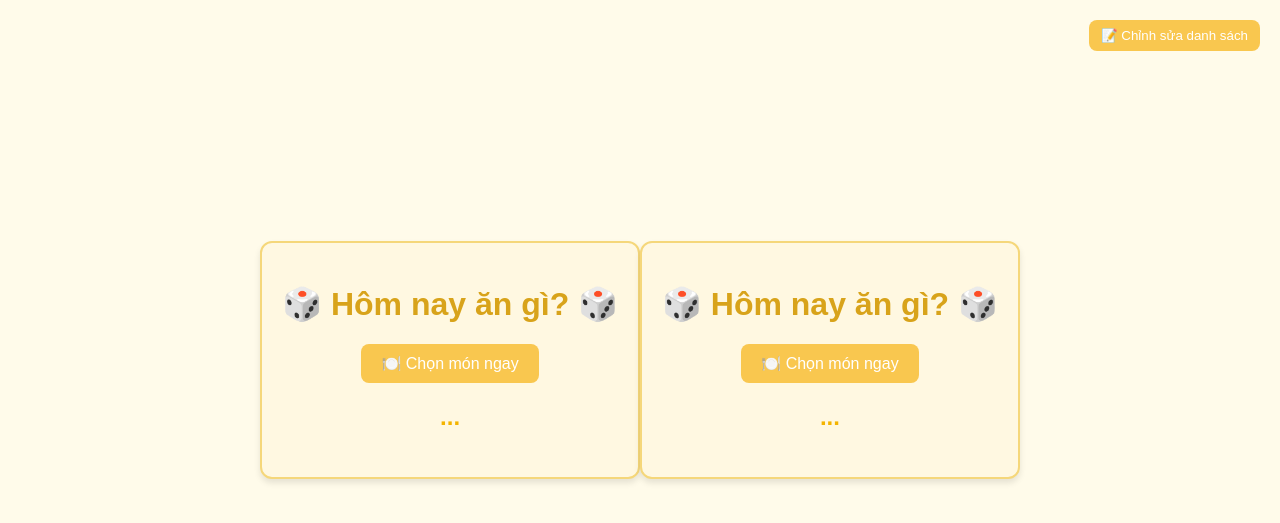
Repository: NT912/What-s-food-today-
Page: index.html
These files come from the project's save history. The page is drawn as it stood at one moment and after the next save; the edit follows.
The browser window is 1280 px wide. The pictures show the whole page.

Above is the page before, as saved 2024-12-17 20:49:47.
Console error: ReferenceError: renderList is not defined

### index.html
<!DOCTYPE html>
<html lang="vi">

<head>
  <meta charset="UTF-8">
  <meta name="viewport" content="width=device-width, initial-scale=1.0">
  <title>Random Món Ăn</title>
  <link rel="stylesheet" href="style.css">
</head>

<body>
  <!-- Random Section -->
  <div class="container">
    <h1>🎲 Hôm nay ăn gì? 🎲</h1>
    <button id="randomBtn" onclick="startRandom()">🍽️ Chọn món ngay</button>
    <p id="randomFood">...</p>
  </div>

  <!-- Edit Button -->
  <button class="edit-btn" onclick="openPopup()">📝 Chỉnh sửa danh sách</button>

  <!-- Random Section -->
  <div class="container">
    <h1>🎲 Hôm nay ăn gì? 🎲</h1>
    <button id="randomBtn" onclick="startRandom()">🍽️ Chọn món ngay</button>
    <p id="randomFood">...</p>
  </div>

  <!-- Popup chúc mừng kết quả -->
  <div id="resultPopup">
    <div class="result-content" id="resultPopupContent">
      <!-- Nội dung kết quả -->
    </div>
  </div>


  <script src="script.js"></script>
</body>

</html>

### style.css
/* General Styles */
body {
  font-family: "Arial", sans-serif;
  margin: 0;
  background-color: #fffbea; /* Nền vàng nhẹ */
  color: #333;
  display: flex;
  justify-content: center;
  align-items: center;
  height: 100vh;
  overflow: hidden;
}

h1 {
  color: #d8a31a; /* Màu vàng đậm hơn */
}

.container {
  text-align: center;
  background: #fff8e1; /* Vàng nhẹ */
  border: 2px solid #f5d77a;
  padding: 20px;
  border-radius: 12px;
  box-shadow: 0 4px 6px rgba(0, 0, 0, 0.1);
}

#randomBtn {
  background: #f9c74f; /* Màu vàng cho nút */
  color: #fff;
  border: none;
  padding: 10px 20px;
  font-size: 16px;
  border-radius: 8px;
  cursor: pointer;
  transition: transform 0.2s, background 0.3s;
}

#randomBtn:hover {
  transform: scale(1.1);
  background: #f4b400;
}

#randomFood {
  margin-top: 20px;
  font-size: 24px;
  color: #f4b400; /* Màu vàng cho kết quả */
  font-weight: bold;
  height: 30px;
}

.edit-btn {
  position: absolute;
  top: 20px;
  right: 20px;
  background: #f9c74f;
  color: white;
  padding: 8px 12px;
  border: none;
  border-radius: 8px;
  cursor: pointer;
}

.edit-btn:hover {
  background: #f4b400;
}

/* Popup Modal */
.popup {
  display: none;
  position: fixed;
  top: 0;
  left: 0;
  width: 100%;
  height: 100%;
  background-color: rgba(255, 233, 153, 0.7); /* Vàng mờ nhẹ */
  justify-content: center;
  align-items: center;
  z-index: 1000;
}

.popup-content {
  background: #fff8e1; /* Màu vàng nhẹ */
  padding: 20px;
  border-radius: 12px;
  width: 400px;
  max-height: 80%;
  overflow-y: auto;
  position: relative;
  border: 2px solid #f5d77a;
}

.popup-content h2 {
  color: #d8a31a; /* Vàng đậm hơn */
}

.close-btn {
  position: absolute;
  top: 10px;
  right: 10px;
  cursor: pointer;
  font-size: 20px;
  color: #f4b400;
}

ul {
  list-style: none;
  padding: 0;
}

li {
  background: #fff5cc; /* Màu vàng nhạt cho danh sách */
  margin: 5px 0;
  padding: 8px;
  display: flex;
  justify-content: space-between;
  border-radius: 8px;
  border: 1px solid #f5d77a;
}

/* Popup chúc mừng */
#resultPopup {
  display: none;
  position: fixed;
  top: 0;
  left: 0;
  width: 100%;
  height: 100%;
  background-color: rgba(0, 0, 0, 0.5);
  justify-content: center;
  align-items: center;
  z-index: 1000;
}

#resultPopup .result-content {
  background: #fff8e1;
  padding: 30px;
  border-radius: 12px;
  text-align: center;
  box-shadow: 0 8px 16px rgba(0, 0, 0, 0.3);
  animation: popupEffect 0.5s ease-out;
  font-size: 24px;
  color: #f4b400;
}

@keyframes popupEffect {
  from {
    transform: scale(0.7);
    opacity: 0;
  }
  to {
    transform: scale(1);
    opacity: 1;
  }
}

### script.js
let foodList = [
  "Mì quảng tôm thịt",
  "Bánh cuốn",
  "Bún nước KonTum",
  "Cút lộn xào me",
  "Ốc đinh",
  "Mì cay",
  "Bún bò",
  "Chè",
  "Bánh mì chảo",
  "Mì trộn",
  "Xôi",
  "Mì quảng ếch",
  "Bún ram chay",
  "Bún thịt nướng",
  "Cá viên chiên mắm",
  "Cơm gà chiên mắm",
  "Bún chả",
  "Bún đậu mắm tôm",
  "Bún riêu",
  "Bánh mì ổ",
  "Cơm chiên",
  "Miến trộn",
  "Phở",
  "Bánh tráng kẹp",
  "Bánh canh",
  "Bún cá chấm",
  "Bánh đúc nóng",
  "Phở khô gia lai",
  "Bánh tráng kẹp",
  "Nem chua rán",
  "Ram cuốn cải",
  "Bánh bèo",
  "Bánh lọc",
  "Bánh căn",
  "Kem bơ",
];

function startRandom() {
  const result = document.getElementById("randomFood");
  let index = 0;

  // Thêm hiệu ứng nhấp nháy trong 2 giây
  const interval = setInterval(() => {
    index = Math.floor(Math.random() * foodList.length);
    result.textContent = foodList[index];
    result.style.color = getRandomColor();
  }, 100);

  // Kết thúc hiệu ứng và hiển thị kết quả
  setTimeout(() => {
    clearInterval(interval);
    result.textContent = `🍽️ ${foodList[index]}!`;
    result.style.color = "#f4b400";

    // Hiển thị popup chúc mừng
    showResultPopup(foodList[index]);
  }, 2000);
}

function showResultPopup(food) {
  const popup = document.getElementById("resultPopup");
  const popupContent = document.getElementById("resultPopupContent");

  popupContent.innerHTML = `
        🎉 Chúc mừng! Món ăn hôm nay là: <br>
        <strong>${food}</strong> 🎉
    `;

  popup.style.display = "flex";

  // Đóng popup khi click ra ngoài
  window.onclick = function (event) {
    if (event.target === popup) {
      closeResultPopup();
    }
  };
}

function closeResultPopup() {
  document.getElementById("resultPopup").style.display = "none";
  window.onclick = null; // Xóa sự kiện click
}

function getRandomColor() {
  const colors = [
    "#f4b400",
    "#f9844a",
    "#ffcd56",
    "#ffafcc",
    "#bde0fe",
    "#ffc8dd",
  ];
  return colors[Math.floor(Math.random() * colors.length)];
}

window.onload = () => {
  renderList();
};

After the next save:
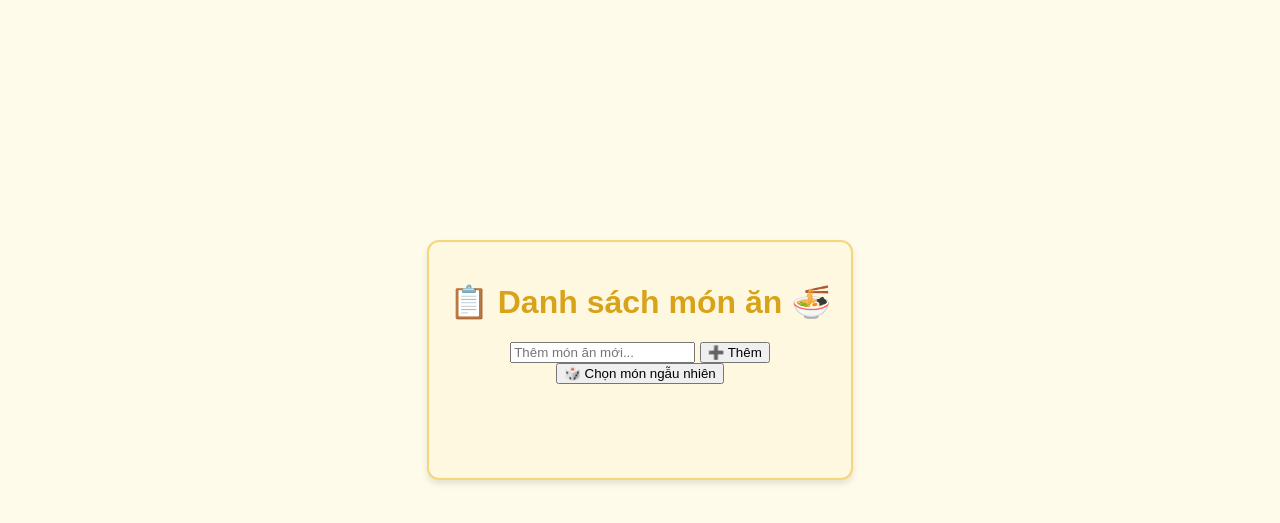
Saved 30 s later.
--- a/index.html
+++ b/index.html
@@ -4,35 +4,23 @@
 <head>
   <meta charset="UTF-8">
   <meta name="viewport" content="width=device-width, initial-scale=1.0">
-  <title>Random Món Ăn</title>
+  <title>Danh sách món ăn</title>
   <link rel="stylesheet" href="style.css">
 </head>
 
 <body>
-  <!-- Random Section -->
   <div class="container">
-    <h1>🎲 Hôm nay ăn gì? 🎲</h1>
-    <button id="randomBtn" onclick="startRandom()">🍽️ Chọn món ngay</button>
-    <p id="randomFood">...</p>
+    <h1>📋 Danh sách món ăn 🍜</h1>
+    <ul id="foodList"></ul>
+
+    <div class="controls">
+      <input type="text" id="foodInput" placeholder="Thêm món ăn mới...">
+      <button onclick="addFood()">➕ Thêm</button>
+    </div>
+
+    <button onclick="pickRandomFood()" class="random-btn">🎲 Chọn món ngẫu nhiên</button>
+    <p id="randomFood"></p>
   </div>
-
-  <!-- Edit Button -->
-  <button class="edit-btn" onclick="openPopup()">📝 Chỉnh sửa danh sách</button>
-
-  <!-- Random Section -->
-  <div class="container">
-    <h1>🎲 Hôm nay ăn gì? 🎲</h1>
-    <button id="randomBtn" onclick="startRandom()">🍽️ Chọn món ngay</button>
-    <p id="randomFood">...</p>
-  </div>
-
-  <!-- Popup chúc mừng kết quả -->
-  <div id="resultPopup">
-    <div class="result-content" id="resultPopupContent">
-      <!-- Nội dung kết quả -->
-    </div>
-  </div>
-
 
   <script src="script.js"></script>
 </body>
